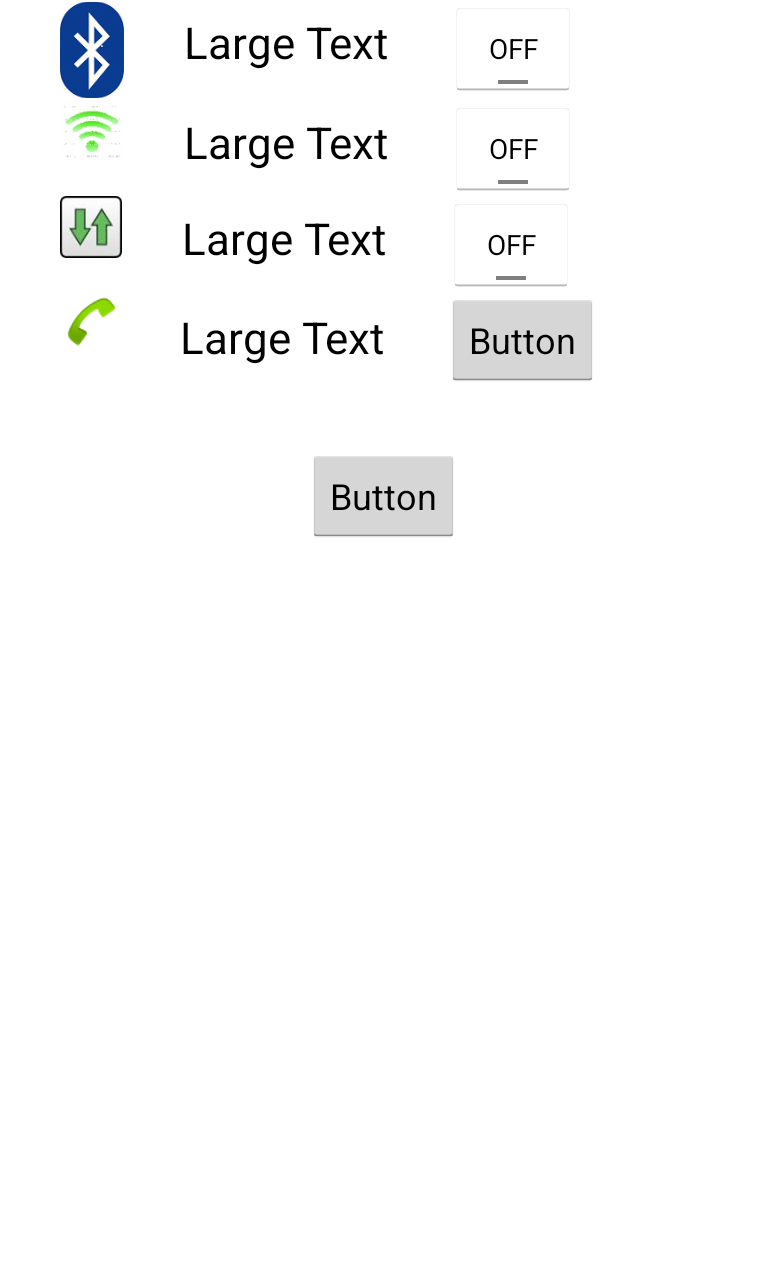
Repository: born2behappy18/meetingMiliue
Layout: MeetingMileu/res/layout/toggle.xml
These files come from the project's save history. The layout is drawn as it stood at one moment and after the next save; the edit follows.
It is drawn on a 768 x 1280 px phone screen (xhdpi) without system bars, with theme AppTheme; the app's code is not run.

Above is the layout before, as saved 2015-10-13 10:54:15.

After the next save:
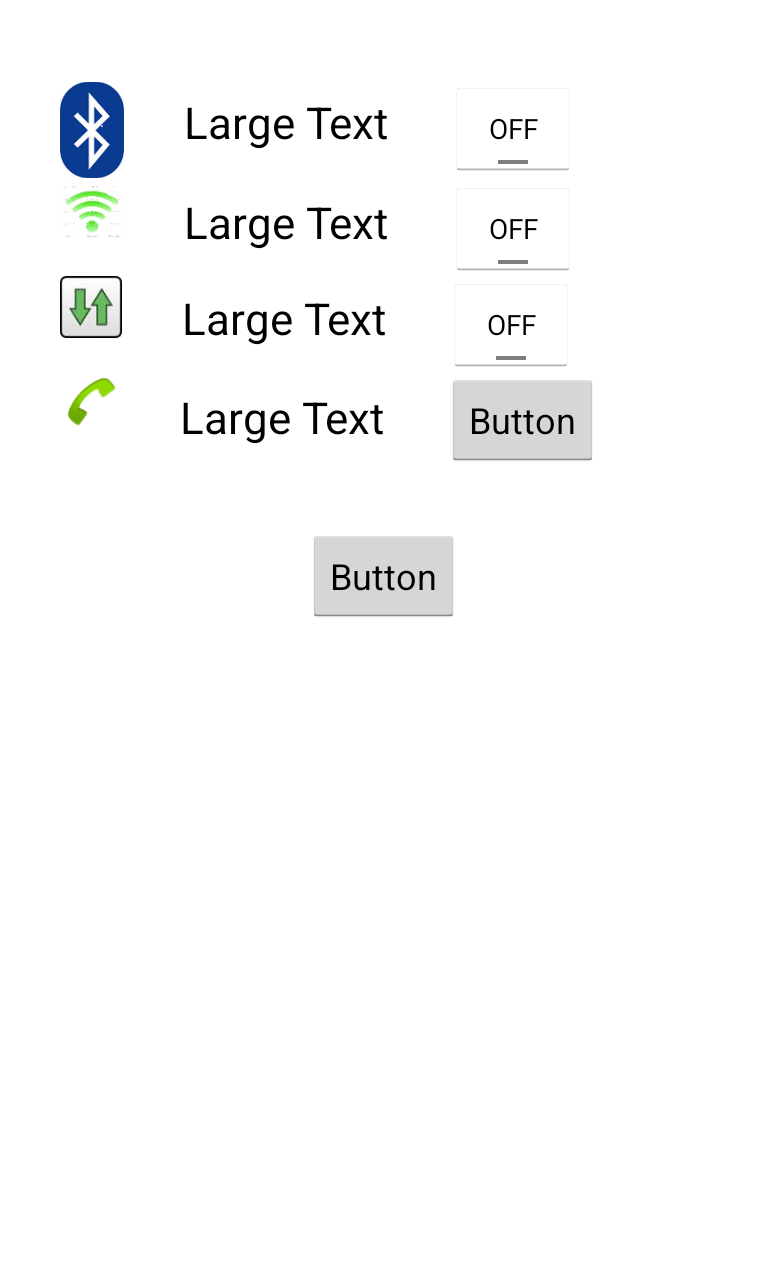
Saved 22 s later.
--- a/MeetingMileu/res/layout/toggle.xml
+++ b/MeetingMileu/res/layout/toggle.xml
@@ -7,7 +7,8 @@
 <LinearLayout
     android:layout_width="fill_parent"
     android:layout_height="wrap_content"
-    android:orientation="horizontal" >
+    android:orientation="horizontal"
+    android:layout_marginTop="40dp" >
 
     <ImageView
         android:id="@+id/imageView2"
